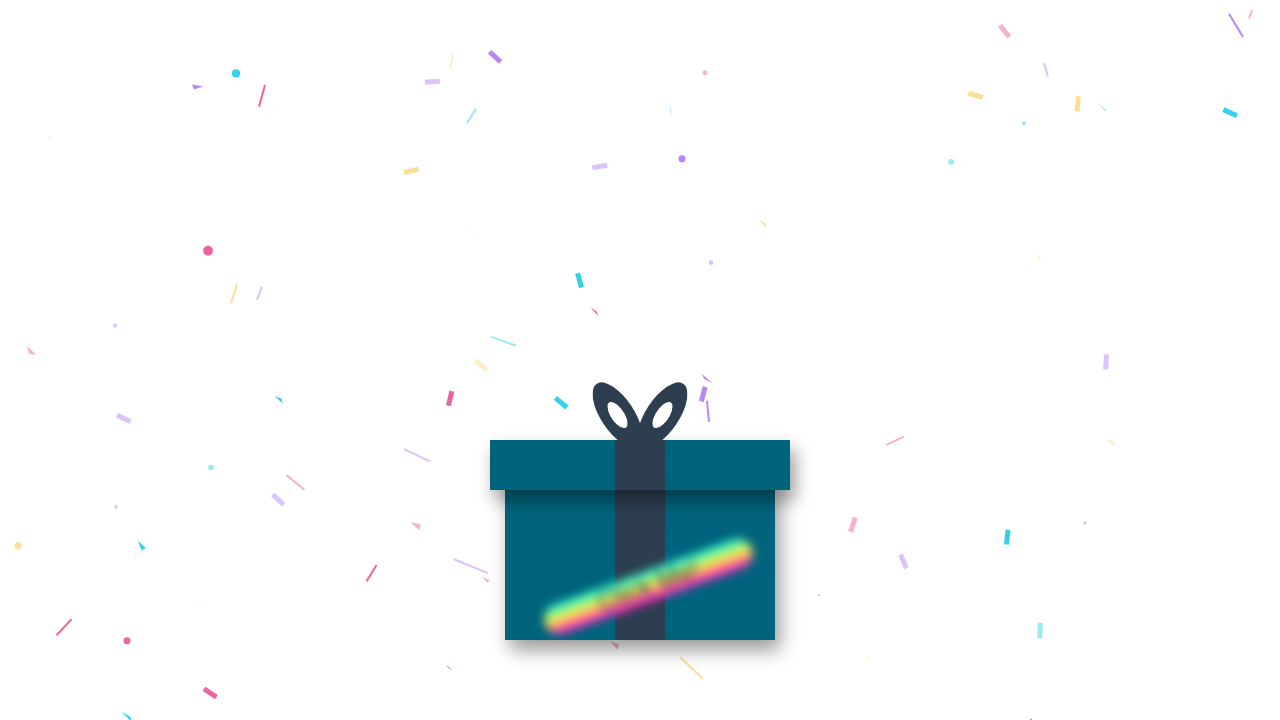
Repository: trongnghia161001/birth_day
Page: index.html
These files come from the project's save history. The page is drawn as it stood at one moment and after the next save; the edit follows.
The browser window is 1280 px wide. The pictures show the whole page.

Above is the page before, as saved 2022-11-14 22:17:47.

### index.html
<!DOCTYPE html>
<html>

<head>
  <meta charset="utf-8" />
  <meta name="viewport" content="width=device-width" />
  <title>Happy Birthday!</title>

  <link rel="stylesheet" href="styles/flexbox-center-container.css" media="all">
  <link rel="stylesheet" href="styles/system-fonts.css" media="all">
  <link rel="stylesheet" href="styles/style.css" media="all">
</head>

<body>
  <canvas id=c></canvas>
  <canvas id="confetti"></canvas>
  <div class="container" id="count">
    <h1 id="head">Countdown to your birthday:</h1>
    <ul>
      <li><span id="day"></span>days</li>
      <li><span id="hour"></span>hours</li>
      <li><span id="minute"></span>minutes</li>
      <li><span id="second"></span>seconds</li>
    </ul>
  </div>
  <div id="merrywrap" class="merrywrap">
    <canvas id="snowfall"></canvas>
    <div class="giftbox">
      <div class="cover">
        <div></div>
      </div>
      <div class="box"></div>
    </div>
</body>
<script src="scripts/confetti.min.js" charset="utf-8"></script>
<script src="scripts/index.js" charset="utf-8"></script>

</html>

### styles/style.css
* {
  box-sizing: border-box;
  margin: 0;
  padding: 0;
}
canvas {
  position: absolute;
  top: 0;
  left: 0;
}
body {
  background: #ffffff;
  overflow: hidden;
}
.container {
  color: rgba(55, 59, 65, 0.8);
  font-family: Helvetica, sans-serif;
  font-weight: lighter;
  text-align: center;
}

h1 {
  font-weight: normal;
}
li {
  display: inline-block;
  font-size: 1.5em;
  list-style-type: none;
  padding: 1em;
  text-transform: uppercase;
}
li span {
  display: block;
  font-size: 4.5rem;
}
.merrywrap {
  position: absolute;
  right: 40px;
  left: 40px;
  bottom: 80px;
  top: 40px;
}
.giftbox {
  position: absolute;
  width: 300px;
  height: 200px;
  left: 50%;
  margin-left: -150px;
  bottom: 0;
  z-index: 10;
}


.giftbox > div {
  background: rgb(0, 99, 124);
  position: absolute;
  box-shadow: 5px 10px 18px rgba(0, 0, 0, 0.4);
}

.giftbox:hover > div {
  box-shadow: none;
  transition: 1s all;
}

.giftbox > div:after, .giftbox > div:before {
  position: absolute;
  content: "";
  top: 0;
}
.giftbox:after {
  position: absolute;
  color: #2C3E50;
  width: 100%;
  content: "Click Me!";
  left: 50px;
  bottom: 0;
  font-size: 24px;
  text-align: center;
  transform: rotate(-20deg);
  transform-origin: 0 0;
  background: linear-gradient(#14ffe9, #ffeb3b, #ff00e0);
  height: 30px;
  width: 220px;
  border-radius: 50px;
  filter: blur(5px);
}

.giftbox:after:hover {

}

.giftbox .cover {
  width: 100%;
  top: 0;
  left: 0;
  height: 25%;
  z-index: 2;
}
.giftbox .cover:before {
  position: absolute;
  height: 100%;
  left: 50%;
  width: 50px;
  transform: translateX(-50%);
  background: #2C3E50;
}
.giftbox .cover > div {
  position: absolute;
  width: 50px;
  height: 50px;
  left: 50%;
  top: -50px;
  transform: translateX(-50%);
}
.giftbox .cover > div:before, .giftbox .cover > div:after {
  position: absolute;
  left: 0;
  top: 0;
  width: 100%;
  height: 100%;
  content: "";
  box-shadow: inset 0 0 0 15px #2C3E50;
  border-radius: 30px;
  transform-origin: 50% 100%;
}
.giftbox .cover > div:before {
  transform: translateX(-45%) skewY(40deg);
}
.giftbox .cover > div:after {
  transform: translateX(45%) skewY(-40deg);
}
.giftbox .box {
  right: 5%;
  left: 5%;
  height: 80%;
  bottom: 0;
}
.giftbox .box:before {
  width: 50px;
  height: 100%;
  left: 50%;
  transform: translateX(-50%);
  background: #2C3E50;
}
.giftbox .box:after {
  width: 100%;
  height: 30px;
  background: rgba(0, 0, 0, 0);
}
.step-1 .giftbox {
  animation: wobble 0.5s linear infinite forwards;
}
.step-1 .cover {
  animation: wobble 0.5s linear infinite 5s forwards;
}
.step-1 .icons .row span {
  opacity: 1;
}
.step-2 .giftbox:after {
  opacity: 0;
}
.step-3 .giftbox, .step-4 .giftbox {
  opacity: 0;
  z-index: 1;
}
.step-3 .giftbox:after, .step-4 .giftbox:after {
  opacity: 0;
}
.step-2 .giftbox .cover {
  animation: flyUp 2s ease-in forwards;
}
.step-2 .giftbox .box {
  animation: flyDown 2s ease-in 0.05s forwards;
}
@keyframes wobble {
  25% {
      transform: rotate(4deg);
 }
  75% {
      transform: rotate(-2deg);
 }
}
@keyframes flyUp {
  75% {
      opacity: 1;
 }
  100% {
      transform: translateY(-1000px) rotate(20deg);
      opacity: 0;
 }
}
@keyframes flyDown {
  75% {
      opacity: 1;
 }
  100% {
      transform: translateY(100%);
      opacity: 0;
 }
}

### scripts/index.js
const count = document.getElementById('count');
const head = document.getElementById('head');
const giftbox = document.getElementById('merrywrap');
const canvasC = document.getElementById('c');

const config = {
  birthdate: 'Jan 29, 2020',
  name: 'Darlene'
};

function hideEverything() {
  head.style.display = 'none';
  count.style.display = 'none';
  giftbox.style.display = 'none';
  canvasC.style.display = 'none';
}

hideEverything();

const confettiSettings = { target: 'confetti' };
const confetti = new window.ConfettiGenerator(confettiSettings);
confetti.render();

const second = 1000,
  minute = second * 60,
  hour = minute * 60,
  day = hour * 24;

let countDown = new Date(`${config.birthdate} 00:00:00`).getTime();
x = setInterval(function() {
  let now = new Date().getTime(),
    distance = countDown - now;

  document.getElementById('day').innerText = Math.floor(distance / day);
  document.getElementById('hour').innerText = Math.floor(
    (distance % day) / hour
  );
  document.getElementById('minute').innerText = Math.floor(
    (distance % hour) / minute
  );
  document.getElementById('second').innerText = Math.floor(
    (distance % minute) / second
  );

  let w = (c.width = window.innerWidth),
    h = (c.height = window.innerHeight),
    ctx = c.getContext('2d'),
    hw = w / 2, // half-width
    hh = h / 2,
    opts = {
      strings: ['HAPPY', 'BIRTHDAY!', config.name],
      charSize: 30,
      charSpacing: 35,
      lineHeight: 40,

      cx: w / 2,
      cy: h / 2,

      fireworkPrevPoints: 10,
      fireworkBaseLineWidth: 5,
      fireworkAddedLineWidth: 8,
      fireworkSpawnTime: 200,
      fireworkBaseReachTime: 30,
      fireworkAddedReachTime: 30,
      fireworkCircleBaseSize: 20,
      fireworkCircleAddedSize: 10,
      fireworkCircleBaseTime: 30,
      fireworkCircleAddedTime: 30,
      fireworkCircleFadeBaseTime: 10,
      fireworkCircleFadeAddedTime: 5,
      fireworkBaseShards: 5,
      fireworkAddedShards: 5,
      fireworkShardPrevPoints: 3,
      fireworkShardBaseVel: 4,
      fireworkShardAddedVel: 2,
      fireworkShardBaseSize: 3,
      fireworkShardAddedSize: 3,
      gravity: 0.1,
      upFlow: -0.1,
      letterContemplatingWaitTime: 360,
      balloonSpawnTime: 20,
      balloonBaseInflateTime: 10,
      balloonAddedInflateTime: 10,
      balloonBaseSize: 20,
      balloonAddedSize: 20,
      balloonBaseVel: 0.4,
      balloonAddedVel: 0.4,
      balloonBaseRadian: -(Math.PI / 2 - 0.5),
      balloonAddedRadian: -1
    },
    calc = {
      totalWidth:
        opts.charSpacing *
        Math.max(opts.strings[0].length, opts.strings[1].length)
    },
    Tau = Math.PI * 2,
    TauQuarter = Tau / 4,
    letters = [];

  ctx.font = opts.charSize + 'px Verdana';

  function Letter(char, x, y) {
    this.char = char;
    this.x = x;
    this.y = y;

    this.dx = -ctx.measureText(char).width / 2;
    this.dy = +opts.charSize / 2;

    this.fireworkDy = this.y - hh;

    let hue = (x / calc.totalWidth) * 360;

    this.color = 'hsl(hue,80%,50%)'.replace('hue', hue);
    this.lightAlphaColor = 'hsla(hue,80%,light%,alp)'.replace('hue', hue);
    this.lightColor = 'hsl(hue,80%,light%)'.replace('hue', hue);
    this.alphaColor = 'hsla(hue,80%,50%,alp)'.replace('hue', hue);

    this.reset();
  }
  Letter.prototype.reset = function() {
    this.phase = 'firework';
    this.tick = 0;
    this.spawned = false;
    this.spawningTime = (opts.fireworkSpawnTime * Math.random()) | 0;
    this.reachTime =
      (opts.fireworkBaseReachTime +
        opts.fireworkAddedReachTime * Math.random()) |
      0;
    this.lineWidth =
      opts.fireworkBaseLineWidth + opts.fireworkAddedLineWidth * Math.random();
    this.prevPoints = [[0, hh, 0]];
  };
  Letter.prototype.step = function() {
    if (this.phase === 'firework') {
      if (!this.spawned) {
        ++this.tick;
        if (this.tick >= this.spawningTime) {
          this.tick = 0;
          this.spawned = true;
        }
      } else {
        ++this.tick;

        let linearProportion = this.tick / this.reachTime,
          armonicProportion = Math.sin(linearProportion * TauQuarter),
          x = linearProportion * this.x,
          y = hh + armonicProportion * this.fireworkDy;

        if (this.prevPoints.length > opts.fireworkPrevPoints)
          this.prevPoints.shift();

        this.prevPoints.push([x, y, linearProportion * this.lineWidth]);

        let lineWidthProportion = 1 / (this.prevPoints.length - 1);

        for (let i = 1; i < this.prevPoints.length; ++i) {
          let point = this.prevPoints[i],
            point2 = this.prevPoints[i - 1];

          ctx.strokeStyle = this.alphaColor.replace(
            'alp',
            i / this.prevPoints.length
          );
          ctx.lineWidth = point[2] * lineWidthProportion * i;
          ctx.beginPath();
          ctx.moveTo(point[0], point[1]);
          ctx.lineTo(point2[0], point2[1]);
          ctx.stroke();
        }

        if (this.tick >= this.reachTime) {
          this.phase = 'contemplate';

          this.circleFinalSize =
            opts.fireworkCircleBaseSize +
            opts.fireworkCircleAddedSize * Math.random();
          this.circleCompleteTime =
            (opts.fireworkCircleBaseTime +
              opts.fireworkCircleAddedTime * Math.random()) |
            0;
          this.circleCreating = true;
          this.circleFading = false;

          this.circleFadeTime =
            (opts.fireworkCircleFadeBaseTime +
              opts.fireworkCircleFadeAddedTime * Math.random()) |
            0;
          this.tick = 0;
          this.tick2 = 0;

          this.shards = [];

          let shardCount =
              (opts.fireworkBaseShards +
                opts.fireworkAddedShards * Math.random()) |
              0,
            angle = Tau / shardCount,
            cos = Math.cos(angle),
            sin = Math.sin(angle),
            x = 1,
            y = 0;

          for (let i = 0; i < shardCount; ++i) {
            let x1 = x;
            x = x * cos - y * sin;
            y = y * cos + x1 * sin;

            this.shards.push(new Shard(this.x, this.y, x, y, this.alphaColor));
          }
        }
      }
    } else if (this.phase === 'contemplate') {
      ++this.tick;

      if (this.circleCreating) {
        ++this.tick2;
        let proportion = this.tick2 / this.circleCompleteTime,
          armonic = -Math.cos(proportion * Math.PI) / 2 + 0.5;

        ctx.beginPath();
        ctx.fillStyle = this.lightAlphaColor
          .replace('light', 50 + 50 * proportion)
          .replace('alp', proportion);
        ctx.beginPath();
        ctx.arc(this.x, this.y, armonic * this.circleFinalSize, 0, Tau);
        ctx.fill();

        if (this.tick2 > this.circleCompleteTime) {
          this.tick2 = 0;
          this.circleCreating = false;
          this.circleFading = true;
        }
      } else if (this.circleFading) {
        ctx.fillStyle = this.lightColor.replace('light', 70);
        ctx.fillText(this.char, this.x + this.dx, this.y + this.dy);

        ++this.tick2;
        let proportion = this.tick2 / this.circleFadeTime,
          armonic = -Math.cos(proportion * Math.PI) / 2 + 0.5;

        ctx.beginPath();
        ctx.fillStyle = this.lightAlphaColor
          .replace('light', 100)
          .replace('alp', 1 - armonic);
        ctx.arc(this.x, this.y, this.circleFinalSize, 0, Tau);
        ctx.fill();

        if (this.tick2 >= this.circleFadeTime) this.circleFading = false;
      } else {
        ctx.fillStyle = this.lightColor.replace('light', 70);
        ctx.fillText(this.char, this.x + this.dx, this.y + this.dy);
      }

      for (let i = 0; i < this.shards.length; ++i) {
        this.shards[i].step();

        if (!this.shards[i].alive) {
          this.shards.splice(i, 1);
          --i;
        }
      }

      if (this.tick > opts.letterContemplatingWaitTime) {
        this.phase = 'balloon';

        this.tick = 0;
        this.spawning = true;
        this.spawnTime = (opts.balloonSpawnTime * Math.random()) | 0;
        this.inflating = false;
        this.inflateTime =
          (opts.balloonBaseInflateTime +
            opts.balloonAddedInflateTime * Math.random()) |
          0;
        this.size =
          (opts.balloonBaseSize + opts.balloonAddedSize * Math.random()) | 0;

        let rad =
            opts.balloonBaseRadian + opts.balloonAddedRadian * Math.random(),
          vel = opts.balloonBaseVel + opts.balloonAddedVel * Math.random();

        this.vx = Math.cos(rad) * vel;
        this.vy = Math.sin(rad) * vel;
      }
    } else if (this.phase === 'balloon') {
      ctx.strokeStyle = this.lightColor.replace('light', 80);

      if (this.spawning) {
        ++this.tick;
        ctx.fillStyle = this.lightColor.replace('light', 70);
        ctx.fillText(this.char, this.x + this.dx, this.y + this.dy);

        if (this.tick >= this.spawnTime) {
          this.tick = 0;
          this.spawning = false;
          this.inflating = true;
        }
      } else if (this.inflating) {
        ++this.tick;

        let proportion = this.tick / this.inflateTime,
          x = (this.cx = this.x),
          y = (this.cy = this.y - this.size * proportion);

        ctx.fillStyle = this.alphaColor.replace('alp', proportion);
        ctx.beginPath();
        generateBalloonPath(x, y, this.size * proportion);
        ctx.fill();

        ctx.beginPath();
        ctx.moveTo(x, y);
        ctx.lineTo(x, this.y);
        ctx.stroke();

        ctx.fillStyle = this.lightColor.replace('light', 70);
        ctx.fillText(this.char, this.x + this.dx, this.y + this.dy);

        if (this.tick >= this.inflateTime) {
          this.tick = 0;
          this.inflating = false;
        }
      } else {
        this.cx += this.vx;
        this.cy += this.vy += opts.upFlow;

        ctx.fillStyle = this.color;
        ctx.beginPath();
        generateBalloonPath(this.cx, this.cy, this.size);
        ctx.fill();

        ctx.beginPath();
        ctx.moveTo(this.cx, this.cy);
        ctx.lineTo(this.cx, this.cy + this.size);
        ctx.stroke();

        ctx.fillStyle = this.lightColor.replace('light', 70);
        ctx.fillText(
          this.char,
          this.cx + this.dx,
          this.cy + this.dy + this.size
        );

        if (this.cy + this.size < -hh || this.cx < -hw || this.cy > hw)
          this.phase = 'done';
      }
    }
  };

  function Shard(x, y, vx, vy, color) {
    let vel =
      opts.fireworkShardBaseVel + opts.fireworkShardAddedVel * Math.random();

    this.vx = vx * vel;
    this.vy = vy * vel;

    this.x = x;
    this.y = y;

    this.prevPoints = [[x, y]];
    this.color = color;

    this.alive = true;

    this.size =
      opts.fireworkShardBaseSize + opts.fireworkShardAddedSize * Math.random();
  }
  Shard.prototype.step = function() {
    this.x += this.vx;
    this.y += this.vy += opts.gravity;

    if (this.prevPoints.length > opts.fireworkShardPrevPoints)
      this.prevPoints.shift();

    this.prevPoints.push([this.x, this.y]);

    let lineWidthProportion = this.size / this.prevPoints.length;

    for (let k = 0; k < this.prevPoints.length - 1; ++k) {
      let point = this.prevPoints[k],
        point2 = this.prevPoints[k + 1];

      ctx.strokeStyle = this.color.replace('alp', k / this.prevPoints.length);
      ctx.lineWidth = k * lineWidthProportion;
      ctx.beginPath();
      ctx.moveTo(point[0], point[1]);
      ctx.lineTo(point2[0], point2[1]);
      ctx.stroke();
    }

    if (this.prevPoints[0][1] > hh) this.alive = false;
  };

  function generateBalloonPath(x, y, size) {
    ctx.moveTo(x, y);
    ctx.bezierCurveTo(
      x - size / 2,
      y - size / 2,
      x - size / 4,
      y - size,
      x,
      y - size
    );
    ctx.bezierCurveTo(x + size / 4, y - size, x + size / 2, y - size / 2, x, y);
  }

  function anim() {
    window.requestAnimationFrame(anim);

    ctx.fillStyle = '#fff';
    ctx.fillRect(0, 0, w, h);

    ctx.translate(hw, hh);

    let done = true;
    for (let l = 0; l < letters.length; ++l) {
      letters[l].step();
      if (letters[l].phase !== 'done') done = false;
    }

    ctx.translate(-hw, -hh);

    if (done) for (let l = 0; l < letters.length; ++l) letters[l].reset();
  }

  for (let i = 0; i < opts.strings.length; ++i) {
    for (let j = 0; j < opts.strings[i].length; ++j) {
      letters.push(
        new Letter(
          opts.strings[i][j],
          j * opts.charSpacing +
            opts.charSpacing / 2 -
            (opts.strings[i].length * opts.charSize) / 2,
          i * opts.lineHeight +
            opts.lineHeight / 2 -
            (opts.strings.length * opts.lineHeight) / 2
        )
      );
    }
  }

  window.addEventListener('resize', function() {
    w = c.width = window.innerWidth;
    h = c.height = window.innerHeight;

    hw = w / 2;
    hh = h / 2;

    ctx.font = opts.charSize + 'px Verdana';
  });

  if (distance > 0) {
    head.style.display = 'initial';
    count.style.display = 'initial';
  } else {
    head.style.display = 'none';
    count.style.display = 'none';
    giftbox.style.display = 'initial';
    clearInterval(x);
    let merrywrap = document.getElementById('merrywrap');
    let box = merrywrap.getElementsByClassName('giftbox')[0];
    let step = 1;
    let stepMinutes = [2000, 2000, 1000, 1000];

    function init() {
      box.addEventListener('click', openBox, false);
      box.addEventListener('click', showfireworks, false);
    }

    function stepClass(step) {
      merrywrap.className = 'merrywrap';
      merrywrap.className = 'merrywrap step-' + step;
    }

    function openBox() {
      if (step === 1) {
        box.removeEventListener('click', openBox, false);
      }
      stepClass(step);
      if (step === 3) {
      }
      if (step === 4) {
        return;
      }
      setTimeout(openBox, stepMinutes[step - 1]);
      step++;
      //   setTimeout(anim, 1900);
    }

    function showfireworks() {
      canvasC.style.display = 'initial';
      setTimeout(anim, 1500);
    }

    init();
  }

  // if (distance < 0) {
  //     clearInterval(x);
  //     console.log("happy birthday");
  // }
}, second);

Loaded but not shown: styles/flexbox-center-container.css (common file); styles/system-fonts.css (common file); scripts/confetti.min.js (library)

After the next save:
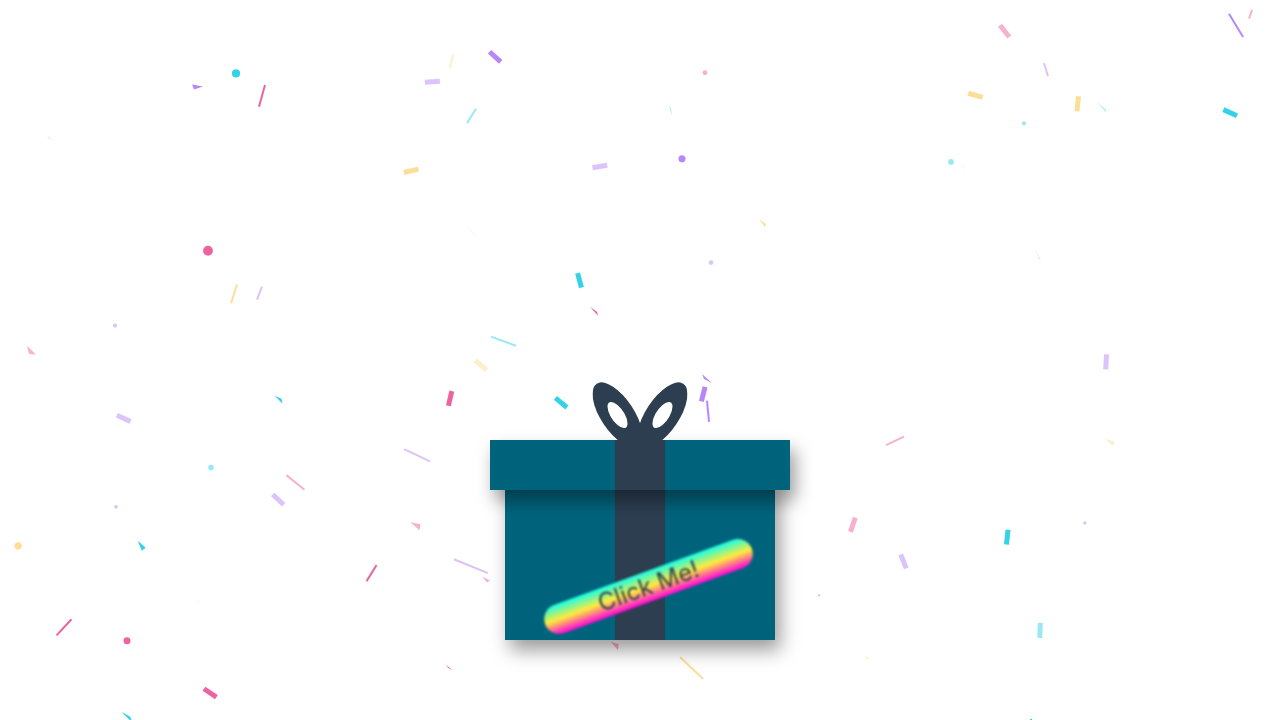
Saved 4 s later.
--- a/styles/style.css
+++ b/styles/style.css
@@ -82,7 +82,7 @@ li span {
   height: 30px;
   width: 220px;
   border-radius: 50px;
-  filter: blur(5px);
+  filter: blur(1px);
 }
 
 .giftbox:after:hover {
